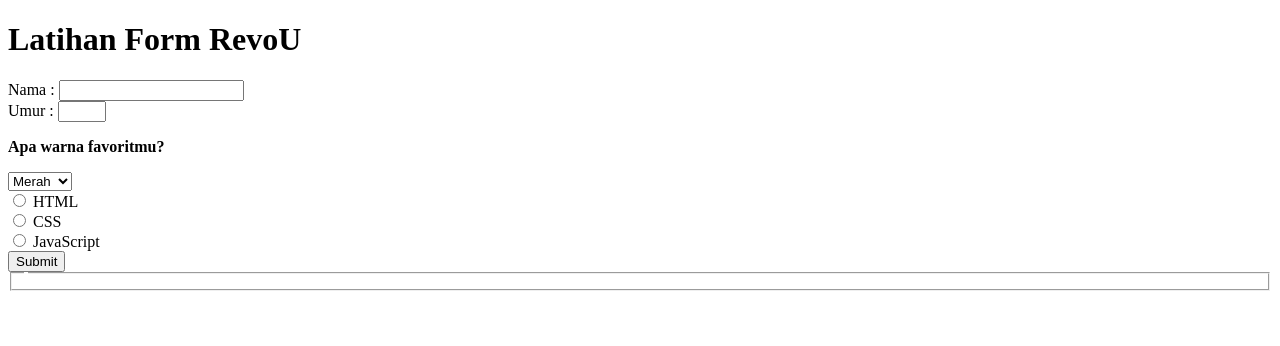
Repository: esramrsln/day2_RevoU
Page: form.html
The author's editor kept a copy of each file at every save. The page is drawn from the files as they stood at one save, then again after the next save.
The browser window is 1280 px wide. The pictures show the whole page.

Above is the page before, as saved 2024-07-23 21:40:39.

After the next save:
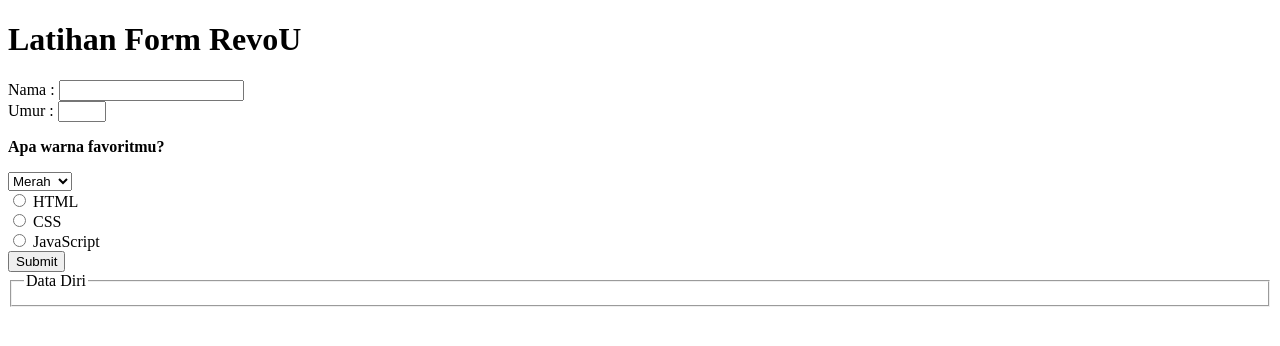
Saved 4 s later.
--- a/form.html
+++ b/form.html
@@ -35,7 +35,7 @@
 
 
     <fieldset>
-        <legend></legend>
+        <legend>Data Diri</legend>
     </fieldset>
 </body>
 </html>
